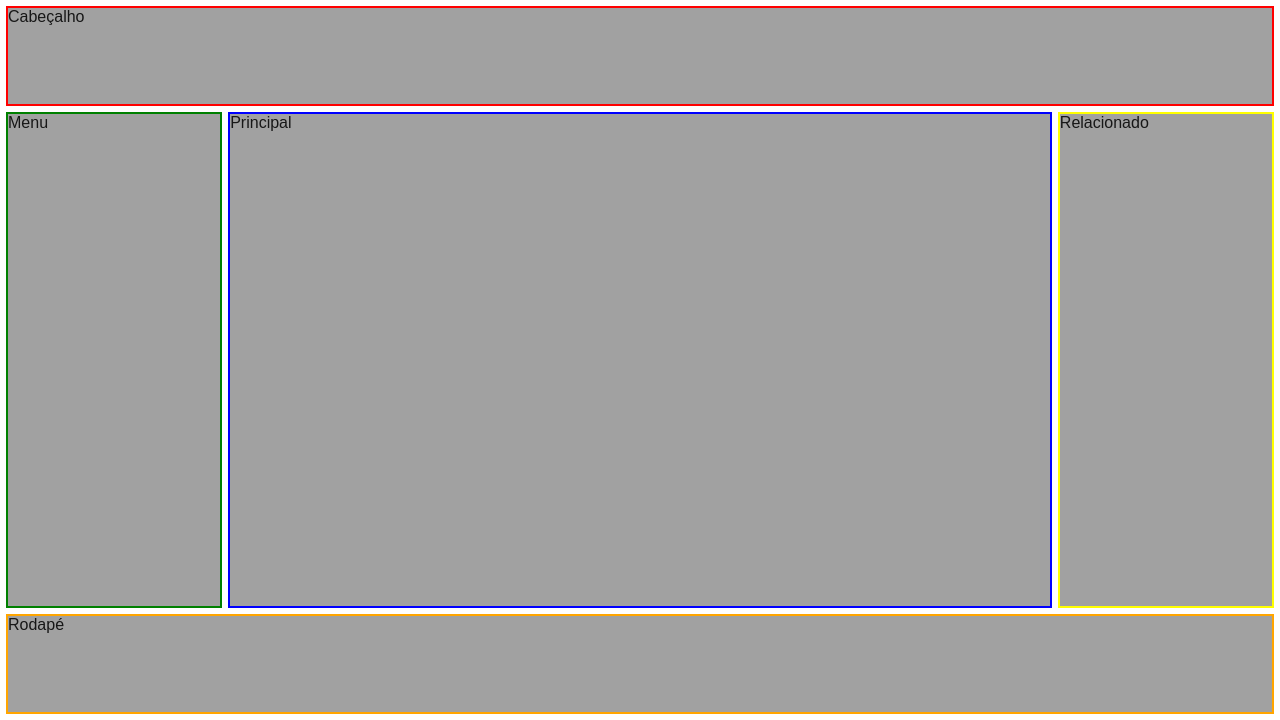
Repository: AleOi3/htmlTemplate
Page: /temp_one
The author's editor kept a copy of each file at every save. The page is drawn from the files as they stood at one save, then again after the next save.
The browser window is 1280 px wide. The pictures show the whole page.
The project was rebuilt for these pictures with package versions that can differ from the ones it lists, and the page was loaded fresh each time. The framework's server and built-in components were replaced by stand-ins that run in the browser. Also part of the build but not shown: next.config.ts.

Above is the page before, as saved 2024-12-09 01:15:04.

### src/app/temp_one/page.tsx
"use client";

import styled from 'styled-components';
const TemplateOnePage = () => {
    let headerHeight = 100;
    let headerMargin = 3;
    let footerHeight = 100;
    let footerMargin = 3;
    let mainMargin = 3;
    let navWidth = 200;
    let mainWidth = 500;
    let asideWidth = 200;
    let bodyMargin = 3;
    let mainHeight = `calc(100vh - ${footerMargin * 2} - ${headerMargin * 2} - ${mainMargin * 2} - ${bodyMargin * 2})`;
    let firstWrapWidth = `${mainWidth * 2} - ${asideWidth * 2} - ${navWidth * 2} - ${bodyMargin * 2}`;

    return <Container firstwrap={{
        maxWidth: firstWrapWidth
    }}>
        <header style={{
            border: '2px solid red',
            margin: 3,
            display: 'flex',
            flex: '1 1 100vw',
            height: headerHeight,
            background: '#a1a1a1'
        }}>
            Cabeçalho
        </header>
        <nav style={{
            border: '2px solid green',
            margin: mainMargin,
            display: 'flex',
            flex: `1 1 ${navWidth}px`,
            // flex: '1 1 200px',
            height: mainHeight,
            background: '#a1a1a1'

        }}>Menu</nav>
        <main style={{
            border: '2px solid blue',
            margin: mainMargin,
            display: 'flex',
            flex: `20 1 ${mainWidth}px`,
            background: '#a1a1a1',
            height: "calc(100vh - 224px)"

        }}>Principal</main>
        <aside style={{
            border: '2px solid yellow',
            margin: mainMargin,
            display: 'flex',
            flex: `1 1 ${asideWidth}px`,
            background: '#a1a1a1'

        }}>Relacionado</aside>
        <footer style={{
            border: '2px solid orange',
            margin: 3,
            display: 'flex',
            flex: '1 1 100vw',
            height: footerHeight,
            background: '#a1a1a1'

        }}>Rodapé</footer>

    </Container>
}

interface CustomStyle {
    firstwrap: React.CSSProperties;
}

let Container = styled.div<CustomStyle>`
    display: flex;
    flex-wrap: wrap;

    @media only screen and (max-width: ${props => props.firstwrap.maxWidth || 923}px){
        main {
            height: ${props => props.firstwrap.height || "calc(100vh-330px)"}px;
        }
        aside {
            flex: 1 1 100vw;
            height: 100px
        }
    }
`

export default TemplateOnePage;

### src/app/globals.css
:root {
  --background: #ffffff;
  --foreground: #171717;
}

@media (prefers-color-scheme: dark) {
  :root {
    --background: #0a0a0a;
    --foreground: #ededed;
  }
}

html,
body {
  max-width: 100vw;
  overflow-x: hidden;
}

body {
  color: var(--foreground);
  background: var(--background);
  font-family: Arial, Helvetica, sans-serif;
  -webkit-font-smoothing: antialiased;
  -moz-osx-font-smoothing: grayscale;
  margin: 3px;
  flex: 1 1 100vw;
}

* {
  box-sizing: border-box;
  padding: 0;
  margin: 0;
}

a {
  color: inherit;
  text-decoration: none;
}

@media (prefers-color-scheme: dark) {
  html {
    color-scheme: dark;
  }
}

Loaded but not shown: src/app/layout.tsx (common file)

After the next save:
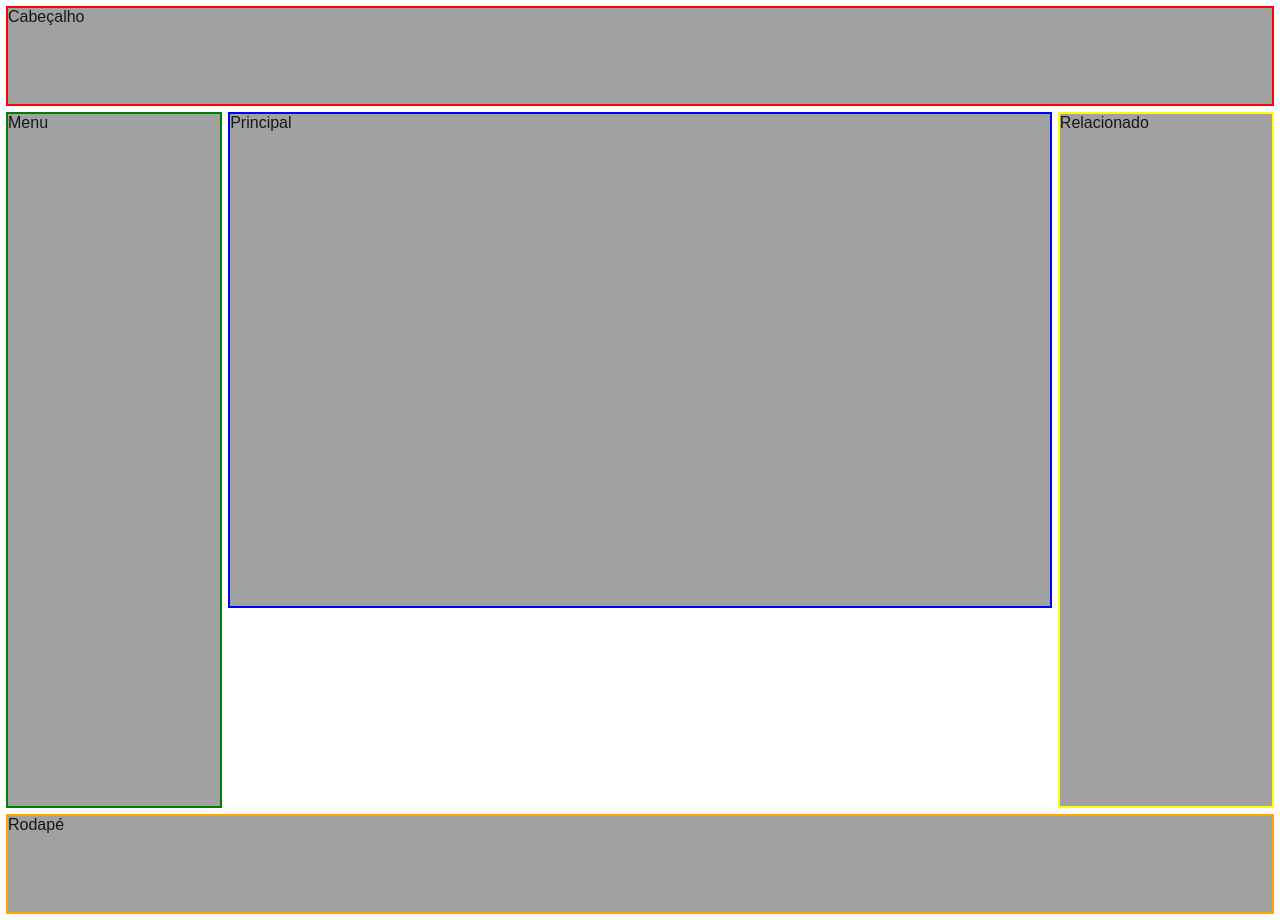
Saved 6 min 50 s later.
--- a/src/app/temp_one/page.tsx
+++ b/src/app/temp_one/page.tsx
@@ -11,11 +11,14 @@ const TemplateOnePage = () => {
     let mainWidth = 500;
     let asideWidth = 200;
     let bodyMargin = 3;
-    let mainHeight = `calc(100vh - ${footerMargin * 2} - ${headerMargin * 2} - ${mainMargin * 2} - ${bodyMargin * 2})`;
+    let mainHeight = `calc(100vh - ${footerMargin * 2}px - ${headerMargin * 2}px - ${mainMargin * 2}px - ${bodyMargin * 2}px)`;
     let firstWrapWidth = `${mainWidth * 2} - ${asideWidth * 2} - ${navWidth * 2} - ${bodyMargin * 2}`;
+    let firstWrapHeight = `calc(100vh - ${footerMargin * 2}px - ${headerMargin * 2}px - ${mainMargin * 2}px - ${bodyMargin * 2}px`;
 
     return <Container firstwrap={{
-        maxWidth: firstWrapWidth
+        maxWidth: firstWrapWidth,
+        height: firstWrapHeight,
+        asideHeight: 100
     }}>
         <header style={{
             border: '2px solid red',
@@ -68,7 +71,12 @@ const TemplateOnePage = () => {
 }
 
 interface CustomStyle {
-    firstwrap: React.CSSProperties;
+    firstwrap: {
+        maxWidth: string,
+        height: string,
+        asideHeight: number,
+
+    };
 }
 
 let Container = styled.div<CustomStyle>`
@@ -77,11 +85,11 @@ let Container = styled.div<CustomStyle>`
 
     @media only screen and (max-width: ${props => props.firstwrap.maxWidth || 923}px){
         main {
-            height: ${props => props.firstwrap.height || "calc(100vh-330px)"}px;
+            height: ${props => props.firstwrap.height || "calc(100vh-330px)"};
         }
         aside {
             flex: 1 1 100vw;
-            height: 100px
+            height: ${props => props.firstwrap.asideHeight || "100"}px;
         }
     }
 `
